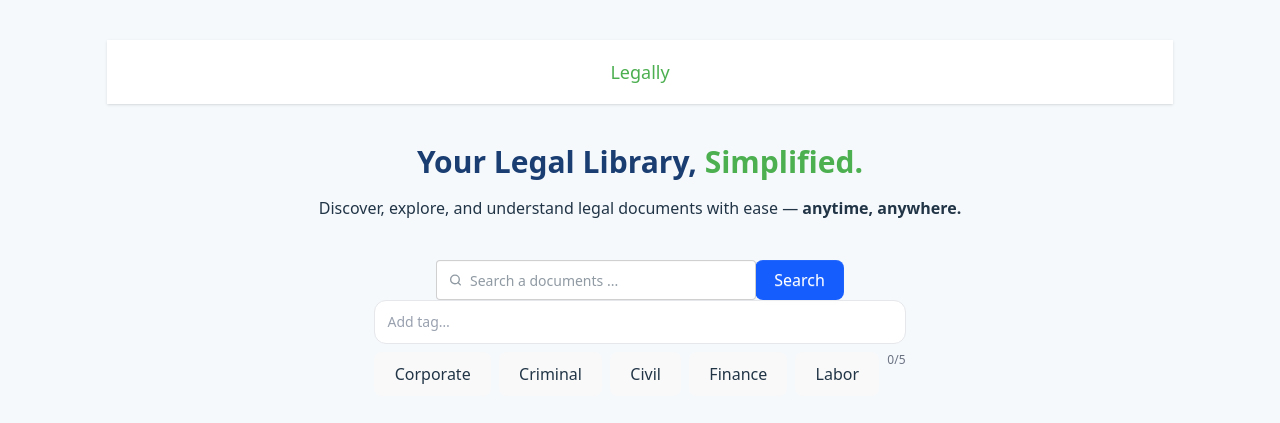
Repository: OdinPie/legal-search-acmeai
Page: / (app in legal-frontend/)
An editor plug-in stored every save of this project. The page is shown before and after the next save, followed by the edit.
The browser window is 1280 px wide. The pictures show the whole page.
The project was rebuilt for these pictures with package versions that can differ from the ones it lists, and the page was loaded fresh each time. Also part of the build but not shown: legal-frontend/vite.config.js.

Above is the page before, as saved 2025-11-05 21:20:45.

After the next save:
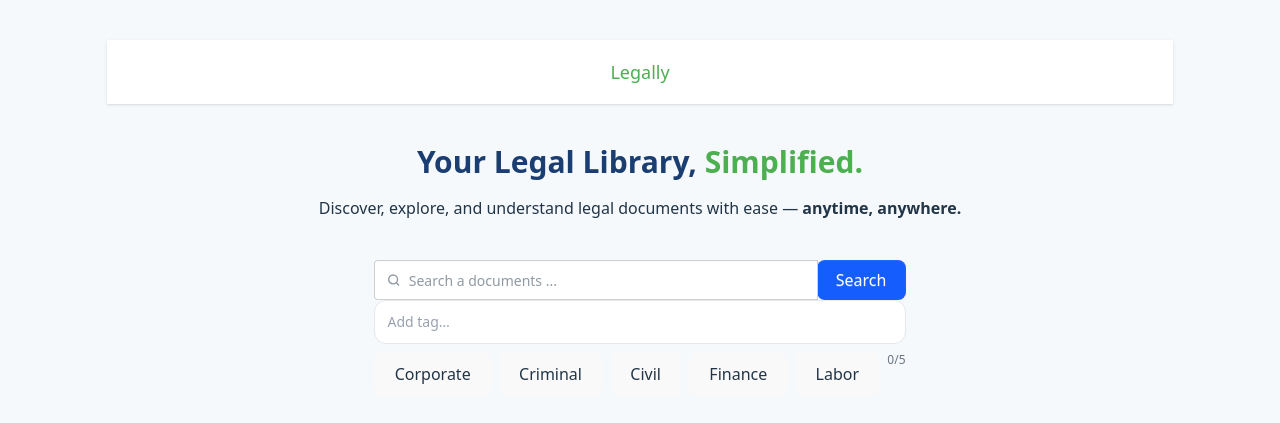
Saved 43 s later.
--- a/legal-frontend/src/components/SearchSection.jsx
+++ b/legal-frontend/src/components/SearchSection.jsx
@@ -8,7 +8,7 @@ export default function SearchSection() {
 
   return (
     <div className="my-10">
-      <div className="w-full max-w-2xl mx-auto">
+      <div className="join w-full max-w-2xl mx-auto">
     <label className="input validator join-item flex-1 min-w-0">
       <svg className="h-[1em] opacity-50" xmlns="http://www.w3.org/2000/svg" viewBox="0 0 24 24">
     <g
